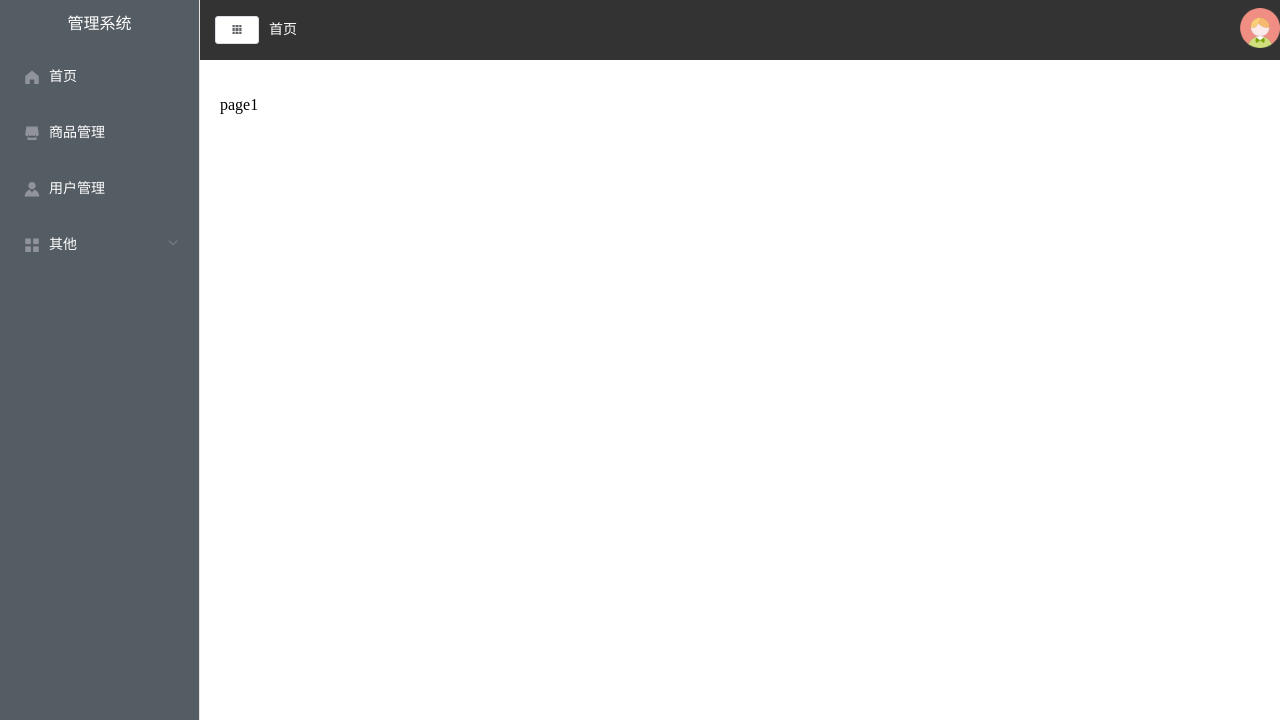
Repository: tkqi/manage
Page: /#/page1
These files come from the project's save history. The page is drawn as it stood at one moment and after the next save; the edit follows.
The browser window is 1280 px wide. The pictures show the whole page.
The project was rebuilt for these pictures with package versions that can differ from the ones it lists, and the page was loaded fresh each time. Also part of the build but not shown: vue.config.js.

Above is the page before, as saved 2023-12-01 16:12:22.

### src/main.js
import Vue from 'vue'
import App from './App.vue'
import router from './router'
import store from './store'
import ElementUI from 'element-ui';
import 'element-ui/lib/theme-chalk/index.css';

Vue.config.productionTip = false
Vue.use(ElementUI);

new Vue({
  router,
  store,
  render: h => h(App)
}).$mount('#app')

### src/App.vue
<template>
  <div id="app">
    <!-- 路由出口 -->
    <router-view />
  </div>
</template>

<script>
export default {
  name: 'App'
}
</script>

<style lang="less">
html,
body,
h3 {
  margin: 0;
  padding: 0;
}
</style>

### src/router/index.js
import Vue from 'vue'
import VueRouter from 'vue-router'
import routes from './routes'
Vue.use(VueRouter)


const router = new VueRouter({
  routes: routes
})

// 暴露router实例
export default router

### src/router/routes.js
export default [
    // 主路由
    {
        path: '/',
        component: () => import('../views/Main.vue'),
        redirect:'/home',// 重定向
        // 子路由
        children: [
            {
                // 首页
                path: '/home',
                // 路由组件懒加载
                component: () => import('../views/Home.vue')
            },
            {
                // 用户管理
                path: '/user',
                component: () => import('../views/User.vue')
            },
            {
                // 商品管理
                path: '/mall',
                component: () => import('../views/Mall.vue')
            },
            {
                // 其他/页面1
                path: '/page1',
                component: () => import('../views/Page1.vue')
            },
            {
                // 其他/页面2
                path: '/page2',
                component: () => import('../views/Page2.vue')
            },
        ]
    },
    {
        path: '/home',
        // 路由组件懒加载
        component: () => import('../views/Home.vue')
    },
    {
        path: '/user',
        component: () => import('../views/User.vue')
    }
]

### src/views/Main.vue
<!-- eslint-disable vue/multi-word-component-names -->
<template>
    <div>
        <el-container>
            <el-aside width="200px">
                <sidebar />
            </el-aside>
            <el-container>
                <el-header><topbar/></el-header>
                <el-main><router-view /></el-main>
            </el-container>
        </el-container>

    </div>
</template>

<script>
import sidebar from '../components/sidebar.vue'
import topbar from '../components/topbar.vue';
export default {
    components: {
        sidebar,
        topbar
    }
}
</script>

<style lang="less" scoped>
.el-header {
    padding: 0;
    margin: 0;
}
</style>

### src/views/Page1.vue
<!-- eslint-disable vue/multi-word-component-names -->
<template>
    <div>
        <p>page1</p>
    </div>
</template>

<script>

</script>

### src/components/sidebar.vue
<!-- eslint-disable vue/multi-word-component-names -->
<template>
    <el-menu class="menu" @open="handleOpen" @close="handleClose" :collapse="isCollapse" background-color="#545c64"
        text-color="#fff" active-text-color="#ffd04b" collapse-transition="true" unique-opened="true">
        <h3>管理系统</h3>
        <el-menu-item v-for="item in noChildren" :key="item.name" :index="item.name" @click="clickMenu(item)">
            <i :class="`el-icon-${item.icon}`"></i>
            <span slot="title">{{ item.label }}</span>
        </el-menu-item>
        <el-submenu v-for="item in hasChildren" :key="item.label" :index="item.label">
            <template slot="title">
                <i :class="`el-icon-${item.icon}`"></i>
                <span slot="title">{{ item.label }}</span>
            </template>
            <el-menu-item-group v-for="subitem in item.children" :key="subitem.name">
                <el-menu-item :index="subitem.name" @click="clickSubmenu(subitem)">
                    <!-- <template slot="title"> -->
                    <i :class="`el-icon-${subitem.icon}`"></i>
                    <span slot="title">{{ subitem.name }}</span>
                    <!-- </template> -->
                </el-menu-item>
            </el-menu-item-group>
        </el-submenu>
    </el-menu>
</template>

<script>
export default {
    computed: {
        // 无子菜单
        noChildren() {
            return this.menuData.filter(o => !o.children);
        },
        // 有子菜单
        hasChildren() {
            return this.menuData.filter(o => o.children);
        }
    },
    data() {
        return {
            isCollapse: false,
            menuData: [
                {
                    path: '/',
                    name: 'home',
                    label: "首页",
                    icon: 's-home',
                    url: 'Home/Home'
                },
                {
                    path: '/mall',
                    name: 'mall',
                    label: "商品管理",
                    icon: 's-shop',
                    url: 'MallManage/MallManage'
                },
                {
                    path: '/user',
                    name: 'user',
                    label: "用户管理",
                    icon: 's-custom',
                    url: 'UserManage/UserManage'
                },
                {
                    label: '其他',
                    icon: 'menu',
                    children: [
                        {
                            path: '/page1',
                            name: 'page1',
                            label: "页面1",
                            icon: 's-claim',
                            url: 'Other/PageOne'
                        },
                        {
                            path: '/page2',
                            name: 'page2',
                            label: "页面2",
                            icon: 's-claim',
                            url: 'Other/PageTwo'
                        },
                    ]
                }
            ]
        };
    },
    methods: {
        handleOpen(key, keyPath) {
            console.log(key, keyPath);
        },
        handleClose(key, keyPath) {
            console.log(key, keyPath);
        },
        clickMenu(item) {
            console.log(this.$router.currentRoute.path);
            // 判断当前路由于点击链接的路由不一致才跳转
            if (item.path != this.$route.path && !(this.$route.path == '/home' && item.path=='/'))
                this.$router.push(item.path);
        },
        clickSubmenu(subitem) {
            // 判断当前路由于点击链接的路由不一致才跳转
            if (subitem.path != this.$route.path)
                this.$router.push(subitem.path);
        }
    }
}
</script>

<style lang="less" scoped>
.el-menu-vertical-demo:not(.el-menu--collapse) {
    width: 200px;
    min-height: 400px;
}

.menu {
    height: 100vh;

    h3 {
        color: rgb(255, 255, 255);
        text-align: center;
        line-height: 48px;
        font-size: 16px;
        font-weight: 400;
    }
}
</style>

### src/components/topbar.vue
<!-- eslint-disable vue/multi-word-component-names -->
<template>
    <div class="head-container">
        <div class="l-content">
            <el-button icon="el-icon-s-grid" size="mini" />
            <!-- 面包屑 -->
            <span class="text">首页</span>
        </div>
        <div class="r-content">
            <el-dropdown>
                <span class="el-dropdown-link">
                    <img class="img" src="../assets/img/user-default.png" alt="">
                </span>
                <el-dropdown-menu slot="dropdown">
                    <el-dropdown-item>黄金糕</el-dropdown-item>
                    <el-dropdown-item>狮子头</el-dropdown-item>
                    <el-dropdown-item>螺蛳粉</el-dropdown-item>
                    <el-dropdown-item disabled>双皮奶</el-dropdown-item>
                    <el-dropdown-item divided>蚵仔煎</el-dropdown-item>
                </el-dropdown-menu>
            </el-dropdown>
        </div>
    </div>
</template>

<script>
export default {

}
</script>

<style lang="less" scoped>
.head-container {
    background-color: #333;
    height: 60px;
    display: flex;
    justify-content: space-between;
    align-items: center;
}

.l-content {
    padding-left: 15px;
}

.r-content {}

.text {
    color: white;
    font-size: 14px;
    padding-left: 10px;
}

.img{
    height: 40px;
    width: 40px;
    border-radius: 10px;
}
</style>

Loaded but not shown: public/index.html (common file); src/store/index.js (common file)

After the next save:
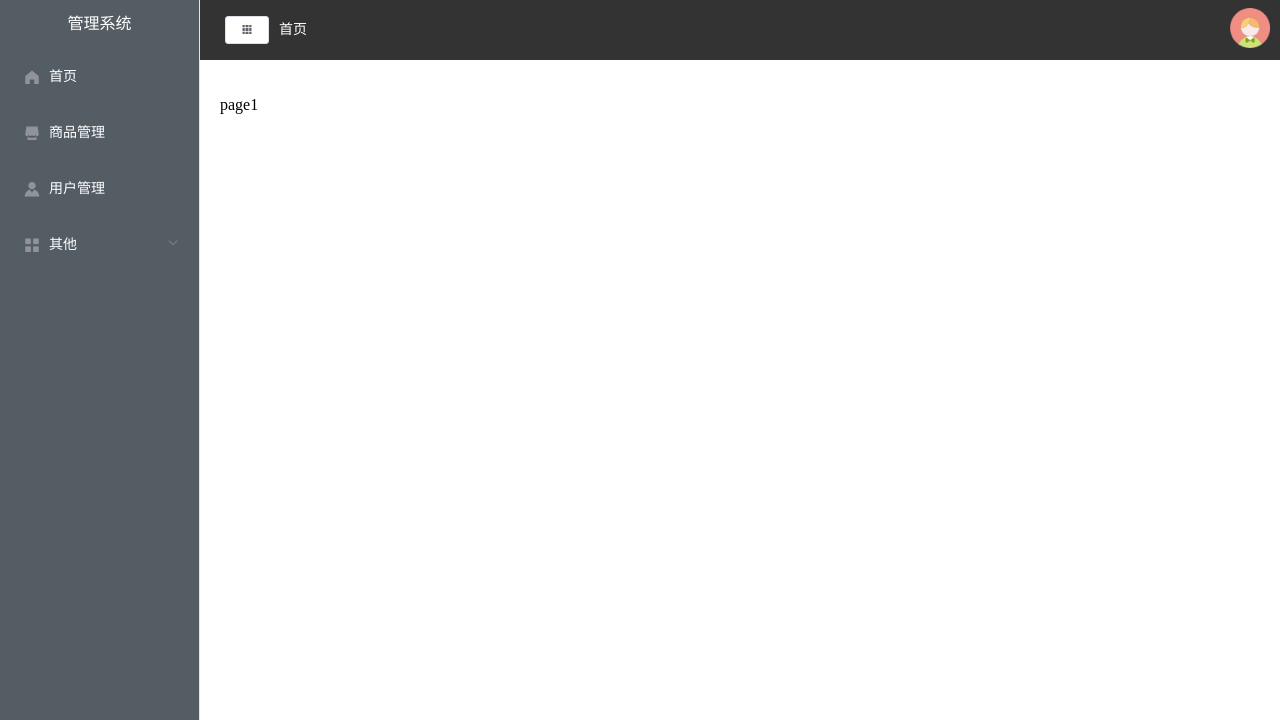
Saved 61 s later.
--- a/src/components/topbar.vue
+++ b/src/components/topbar.vue
@@ -36,6 +36,8 @@ export default {
     display: flex;
     justify-content: space-between;
     align-items: center;
+    padding-left: 10px;
+    padding-right: 10px;
 }
 
 .l-content {
